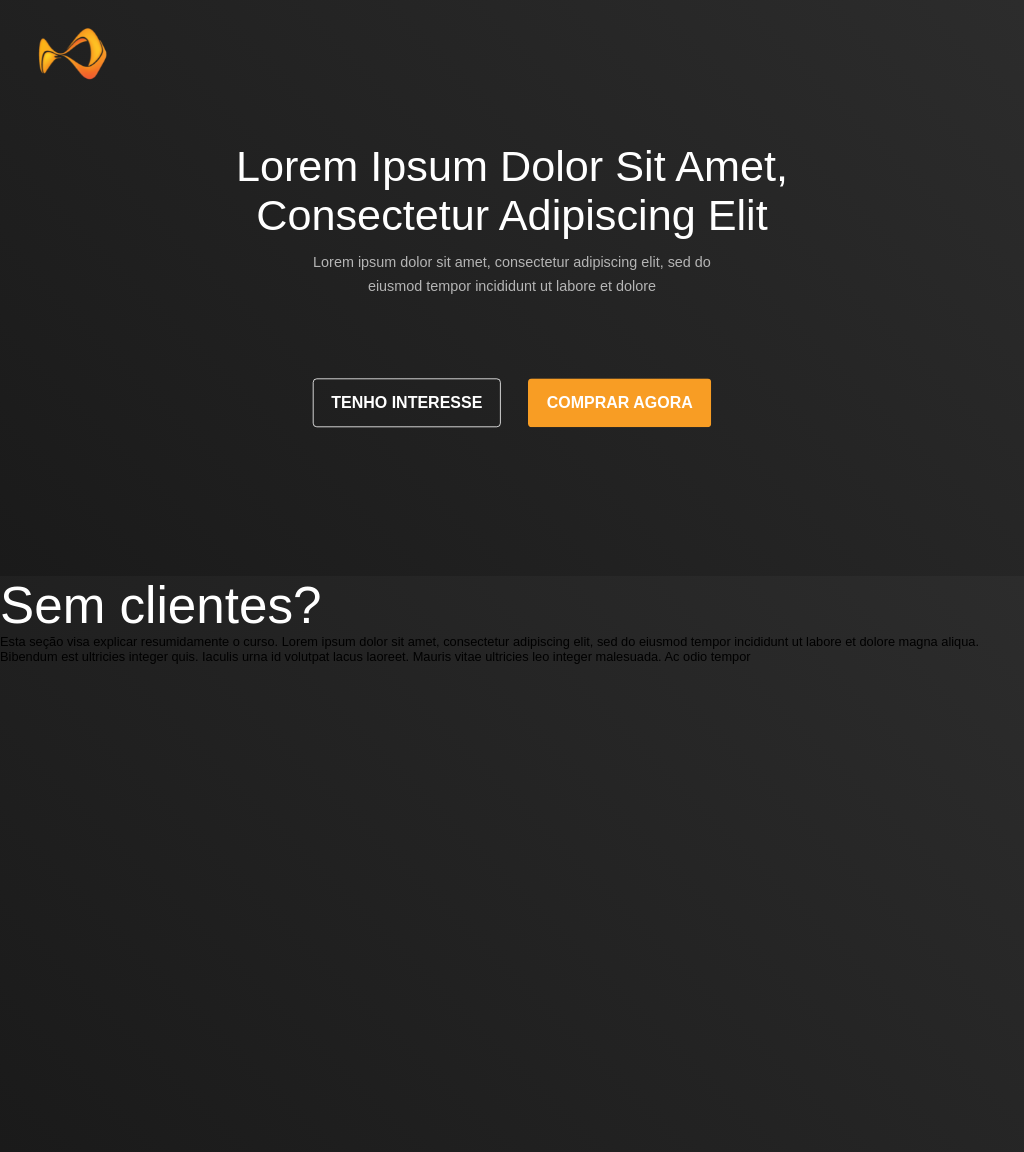
Repository: Rafael-Araujo-dev/Treinamento-Raccoon
Page: Projeto-2/index.html
An editor plug-in stored every save of this project. The page is shown before and after a run of saves, followed by the edit.
The browser window is 1280 px wide. The pictures show the whole page, at 80% of full size.
Some web fonts or font styles are not loaded; a fallback is used.

Above is the page before, as saved 2021-09-23 07:53:28.

After the next 2 saves:
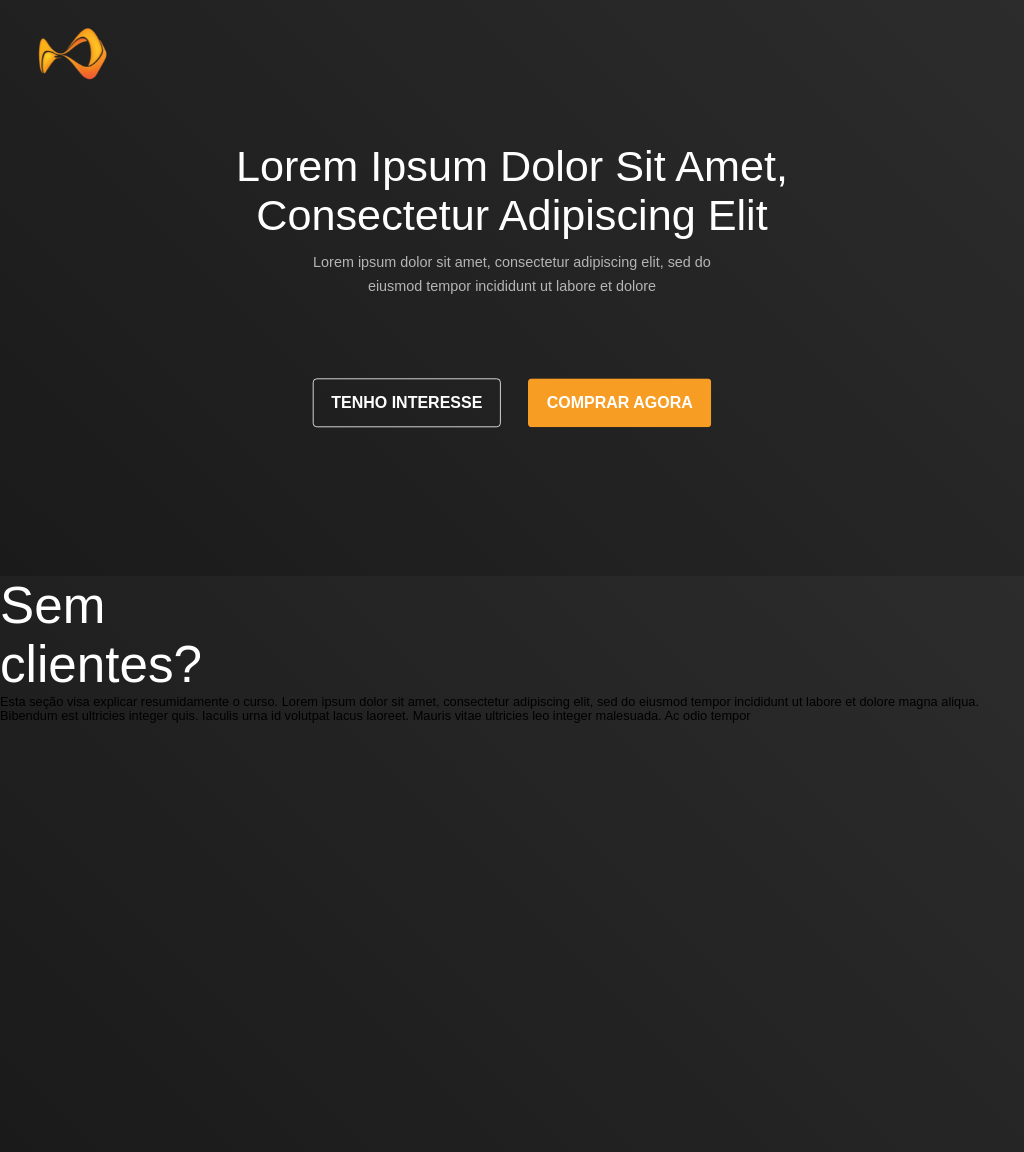
The 2 saves are shown as one change because they came seconds apart.
The last was saved 13 s later.
--- a/Projeto-2/index.html
+++ b/Projeto-2/index.html
@@ -37,7 +37,7 @@
             <div class="container">
                 <div class="col m">
                     <div class="title">
-                        Sem clientes?
+                        Sem <br>clientes?
                     </div>
                     <div class="text">
                         Esta seção visa explicar resumidamente o curso. Lorem ipsum dolor sit amet, consectetur adipiscing elit, sed do eiusmod tempor incididunt ut labore et dolore magna aliqua. Bibendum est ultricies integer quis. Iaculis urna id volutpat lacus laoreet. Mauris vitae ultricies leo integer malesuada. Ac odio tempor
